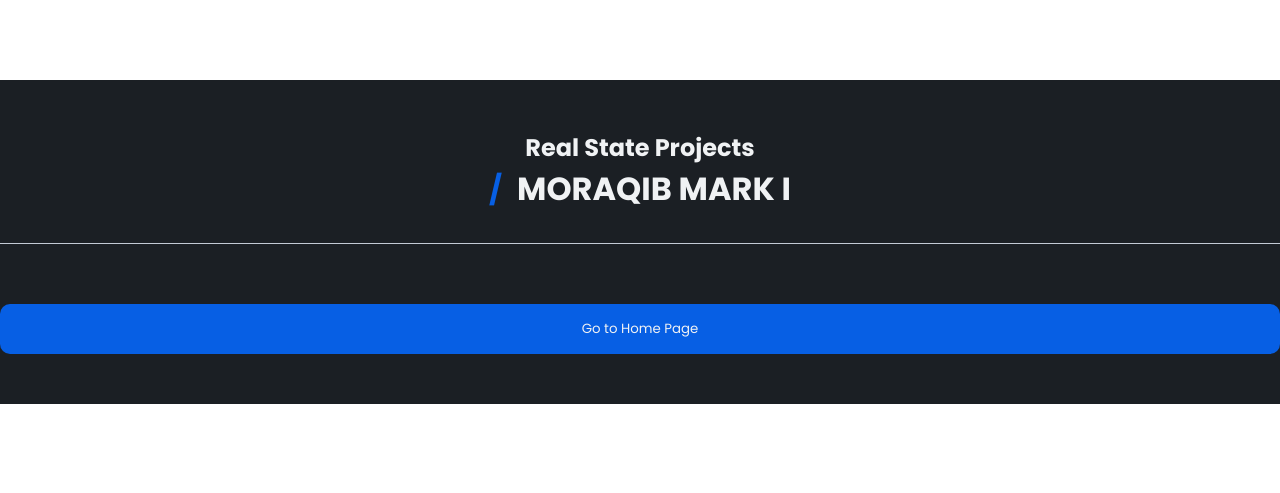
Repository: ayoubgharts/nextjs_protfolio
Page: /tutorials
An editor plug-in stored every save of this project. The page is shown before and after a run of saves, followed by the edit.
The browser window is 1280 px wide. The pictures show the whole page.
The project was rebuilt for these pictures with package versions that can differ from the ones it lists, and the page was loaded fresh each time. The framework's server and built-in components were replaced by stand-ins that run in the browser. Also part of the build but not shown: next.config.mjs.

Above is the page before, as saved 2025-05-30 16:24:02.

After the next 2 saves:
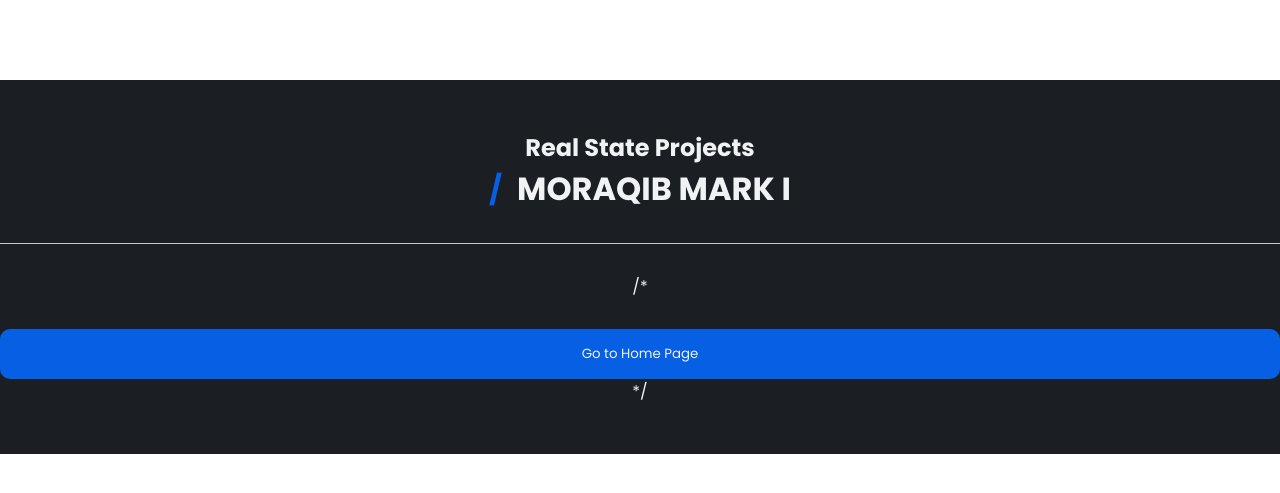
The 2 saves are shown as one change because they came seconds apart.
The last was saved 40 s later.
--- a/src/app/tutorials/page.jsx
+++ b/src/app/tutorials/page.jsx
@@ -18,9 +18,9 @@
       <Container>
         <h2>Real State Projects</h2>
         <SectionTitle textContent={"MORAQIB mark I"} />
-        <Link href="/">
+        /*<Link href="/">
           <button className={styles.button}>Go to Home Page</button>
-        </Link>
+        </Link>*/
       </Container>
     </main>
   );
